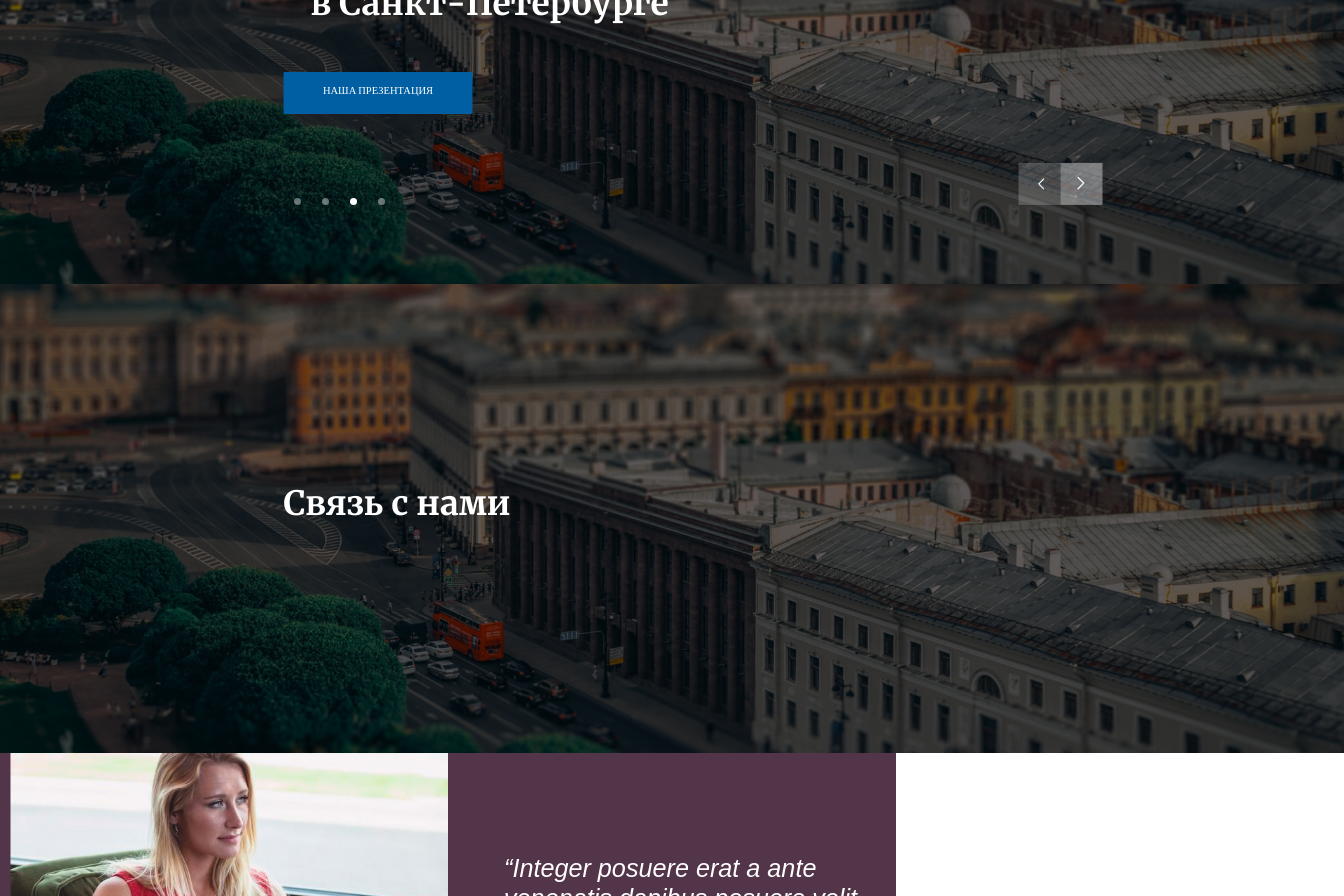
Repository: ZetsubouBilly/test
Page: index.html
The author's editor kept a copy of each file at every save. The page is drawn from the files as they stood at one save, then again after a run of saves.
The browser window is 1280 px wide. The page is 1920 px wide, so the pictures cover 1920 px, including what lies to the right of the window. The pictures show the part of the page from y = 374 to 1654 px (the page is 2267 px tall), at 70% of full size.

Above is the page before, as saved 2023-05-13 15:35:12.

### index.html
<!DOCTYPE html>
<html lang="ru">
<head>
    <meta charset="UTF-8">
    <meta name="viewport" content="width=device-width, initial-scale=1.0, minimum-scale=1.0, maximum-scale=1.0">  <link rel="preconnect" href="https://fonts.gstatic.com">
    <link rel="preconnect" href="https://fonts.googleapis.com">
    <link rel="preconnect" href="https://fonts.gstatic.com" crossorigin>
    <link href="https://fonts.googleapis.com/css2?family=Lato:wght@300;400;700&family=Merriweather:wght@700;900&display=swap" rel="stylesheet">
    <link rel="stylesheet" type="text/css" href="https://cdn.jsdelivr.net/npm/slick-carousel@1.8.1/slick/slick.css"/>
    <link rel="stylesheet" href="css/style.css">

   <meta name="description" content="Описание страницы">
   <meta name="google" content="notranslate" />
   <meta name="keywords" content="создаие сайтов, верстка сайтов" />

    <title>BuhOne</title>

    <script src="https://cdnjs.cloudflare.com/ajax/libs/jquery/3.5.1/jquery.min.js"></script>

</head>
<body>



<!-- Header -->

 <header class="header" id="header">

            <div class="header__inner">
                <div class="header__inner_l">
                    <div class="header__logo">
                        <img src="img/logo.png" alt="">
                        <p class="header__logo_name">BuhOne</p>
                    </div>
                </div>
                <div class="header__inner_r">
                    <div class="top-line">
                        <div class="top-line_info">
                            <img class="top-line_info_img" src="img/placeholder.png" alt="">
                            <p class="top-line_info_text">8 (111) 222-33-44</p>

                        </div>
                        <div class="top-line_info">
                            <img class="top-line_info_img" src="img/time.png" alt="">
                            <p class="top-line_info_text">Пн-Пт 10:00-18:00</p>

                        </div>
                        <div class="top-line_info">
                            <img class="top-line_info_img" src="img/Frame.png" alt="">
                            <p class="top-line_info_text">order@buhone.ru</p>

                        </div>
                        <div class="top-line_info">
                            <img class="top-line_info_img" src="img/placeholder.png" alt="">
                            <p class="top-line_info_text">Невский пр. 130</p>

                        </div>

                    </div>
                    <nav class="nav" id="nav">
                        <a class="nav__link" href="#" data-scroll="#features">Главная</a>
                        <a class="nav__link" href="#" data-scroll="#works">Услуги</a>
                        <a class="nav__link" href="#" data-scroll="#team">Кейсы</a>
                        <a class="nav__link" href="#" data-scroll="#reviews">О компании</a>
                        <a class="nav__link" href="#" data-scroll="#download">Контакты</a>
                    </nav>
                </div>




                <button class="burger" type="button" id="navToggle">
                    <span class="burger__item">Menu</span>
                </button>

            </div>

 </header>


 <!-- Intro -->

<div class="intro" id="intro">
    <div class="container">
        <div class="intro__inner">
             <h1 class="intro__title">Бухгалтерские услуги в Санкт-Петербурге</h1>

                 <a class="btn  btn--blue" href="">Наша презентация</a>
                 <div class="slider__controls">
                    <div class="slider__controls_dot"></div>
                    <div class="slider__controls_dot"></div>
                    <div class="slider__controls_dot active"></div>
                    <div class="slider__controls_dot"></div>
                 </div>

                 <div class="slider_btn">
                    <div class="slider__button slider__button-prev"></div>

                     <svg width="9" height="60" stroke='white' viewBox="0 0 9 15" fill="white" xmlns="http://www.w3.org/2000/svg">
                        <path d="M1.56397 7.49961L8.33822 0.725363C8.50482 0.558757 8.50482 0.29156 8.33822 0.124954C8.17161 -0.0416514 7.90442 -0.0416514 7.73781 0.124954L0.661789 7.20097C0.495183 7.36758 0.495183 7.63478 0.661789 7.80138L7.73781 14.8743C7.81954 14.956 7.92956 15 8.03644 15C8.14332 15 8.25334 14.9591 8.33508 14.8743C8.50168 14.7077 8.50168 14.4405 8.33508 14.2739L1.56397 7.49961Z" fill="white"/>
                        </svg>
                     <div class="slider__button slider__button-next active">

                     </div>
                     <svg width="67" height="60" stroke="white" viewBox="-33 -18 26 53" fill="none" xmlns="http://www.w3.org/2000/svg">
                        <path d="M7.43599 7.50039L0.661751 14.2746C0.495145 14.4412 0.495145 14.7084 0.661751 14.875C0.828356 15.0417 1.09555 15.0417 1.26216 14.875L8.33818 7.79903C8.50479 7.63242 8.50479 7.36522 8.33818 7.19862L1.26216 0.125741C1.18043 0.0440098 1.0704 6.46293e-07 0.963525 6.55637e-07C0.856646 6.6498e-07 0.746623 0.0408666 0.664892 0.125741C0.498287 0.292346 0.498287 0.559543 0.664892 0.726148L7.43599 7.50039Z" fill="white"></path>
                        </svg>
                 </div>

        </div>
    </div>
</div>

<div class="contact" id="">
    <div class="container">
        <h1 class="contact__title">Связь с нами</h1>
    </div>
</div>








<!-- Testimonials -->

<div class="reviews" id="reviews">
    <div class="container">

        <div class="reviews__slider" id="reviewsSlider">
            <div class="slick-item">
             <div class="reviews__item">
                 <div class="reviews__photo">
                     <img class="reviews__img" src="img/reviews/review-1.jpg" alt="">
                 </div>
                 <div class="reviews__content">
                        <div class="reviews__text">“Integer posuere erat a ante venenatis dapibus posuere velit aliquet. Donec sed odio dui. Aenean eu leo quam...”</div>
                       <div class="reviews__author">Susan Sims, Interaction Designer at XYZ</div>
                 </div>
                </div>
            </div>

                <div class="slick-item">
                <div class="reviews__item">
                    <div class="reviews__photo">
                        <img class="reviews__img" src="img/reviews/review-1.jpg" alt="">
                    </div>
                    <div class="reviews__content">
                           <div class="reviews__text">"Lorem ipsum dolor sit amet consectetur, adipisicing elit. Maiores, tempore velit, debitis quasi doloribus vero natus sint ratione temporibus fugiat voluptatum nesciunt modi. Adipisci aliquid voluptatem magni laborum, facilis nisi".</div>
                          <div class="reviews__author">Susan Sims, Interaction Designer at XYZ</div>
                    </div>
                   </div>
                </div>
            </div>
        </div>

    </div>
</div> <!-- /reviews -->





<!-- Footer -->


<footer class="footer">
    <div class="container">

        <div class="footer__inner">
            <div class="footer__block">
                <h4 class="footer__title">Location</h4>
                <address class="footer__adress"><div>3481 Melrose Place</div>
                    <div>Beverly Hills, CA 90210</div>
                </address>
            </div>

            <div class="footer__block">
                <h4 class="footer__title">Share with Love</h4>
                <div class="social  social--footer">
                    <a class="social__item" href="" target="_blank">
                        <svg class="social__icon">
                            <use xlink:href="#facebook"></use>
                        </svg>
                    </a>

                    <a class="social__item" href="" target="_blank">
                        <svg class="social__icon">
                            <use xlink:href="#twitter"></use>
                        </svg>
                    </a>

                    <a class="social__item" href="" target="_blank">
                        <svg class="social__icon">
                            <use xlink:href="#linkedin"></use>
                        </svg>
                    </a>


                </div>
            </div> <!-- /footer__block__social -->

            <div class="footer__block">
                <h4 class="footer__title">About ActiveBox</h4>
                <div class="footer__text"><p>Cras justo odio, dapibus ac facilisis in, egestas eget quam. Donec ullamcorper nulla non metus auctor fringilla.</p></div>
            </div>

        </div> <!-- /footer__inner -->

    </div> <!-- /container -->

    <div class="copyright">
        <div class="container">
          <div class="copyright__text"><div>Copyright © 2015 ActiveBox. All Rights Reserved</div>
           <div>Made  <span>by Kamal Chaneman</span></div>
        </div>
    </div>
</div>
</footer>


<!-- Javascript -->
<script  src="https://cdn.jsdelivr.net/npm/slick-carousel@1.8.1/slick/slick.min.js"></script>
<script src="js/app.js"></script>


</body>
</html>

### css/style.css
body {
  margin: 0;

  font-family: "Merriweather", sans-serif;
  font-size: 14px;
  color: #6c7279;
  -webkit-font-smoothing: antialiased;

  background-color: #fff;
}

*,
*:before,
*:after {
  box-sizing: border-box; /* алгоритм подсчета размеров с учетом padding и границ. */
}

h1,
h2,
h3,
h4,
h5,
h6 {
  margin: 0;
}

p {
  margin: 0 0 10px;
}

/* Container
==================== */

.container {
  width: 100%;
  max-width: 1920px;
  margin: 0 auto;
  padding: 0 15px;
}

/* Header
==================== */

.header {
  /* position: absolute; */
  width: 100%;
  height: 73px;
  height: 110px;
  /* left: 50%; */
  /* top: 6.52px; */
  /* margin-left: -560px; */
  background-color: #fff;
}

.header.fixed {
  height: auto;

  position: fixed; /* фиксируем шапку при скроле*/

  background-color: #fff;
}

.header.fixed .header__inner {
  padding-top: 15px;
  padding-bottom: 15px;

  border-bottom: 0;
}

.header__inner {
  display: flex;
  justify-content: space-around;
  align-items: center;
  max-width: 1116px;
  /* padding: 35px 0; */

  /* border-bottom: 1px solid #4d5066; */
  margin: 0 auto;
}
.header__inner_l {
  margin-right: 185px;
}
.header__inner_r {
  display: flex;
  flex-direction: column;
  width: 671px;
}

.header__logo {
  display: flex;
  align-items: flex-start;
  justify-content: space-between;
  max-width: 260px;
  padding-top: 33px;
}
.header__logo_name {
  font-size: 36px;
  margin-left: 30px;
  color: #005fa3;
}

/* Top-line
==================== */

.top-line {
  display: flex;
  padding: 23px 0px 0px 40px;
  justify-content: center;
  margin-bottom: 22px;
  width: 671px;
}
.top-line_info {
  display: flex;
  margin-right: 40px;
}
.top-line_info_img {
  margin-right: 15px;
  max-width: 23px;
  height: 17px;
}
.top-line_info_text {
  font-family: "Lato";
  font-style: normal;
  font-weight: 400;
  font-size: 13px;
  line-height: 17px;
  width: 110px;

  color: #000000;
}

/* Nav
==================== */

.nav {
  display: flex;
  font-size: 13px;
  font-weight: 700;
  text-transform: uppercase;
  width: 671px;
  justify-content: space-between;
  margin-bottom: 31px;
}

.nav__link {
  font-family: "Lato", sans-serif;
  font-style: normal;
  font-weight: 700;
  font-size: 14px;
  line-height: 17px;

  letter-spacing: 0.1em;
  text-transform: uppercase;

  color: #222222;
  text-decoration: none;
}
.nav__link:first-child {
  margin-left: 0;
}

.nav__link:hover {
  opacity: 1;
}

/* Intro
==================== */

.intro {
  /* position: absolute; */
  width: 1920px;
  height: 670px;
  /* left: 0px;
    top: 110px; */

  /* background-size: cover; */
  background: linear-gradient(0deg, rgba(0, 0, 0, 0.6), rgba(0, 0, 0, 0.6)),
    url("../img/Rectangle.png") no-repeat;
}

.intro__inner {
  width: 100%;
  max-width: 1920px;
  margin: 0 auto;
  text-align: center;
}

.intro__title {
  position: absolute;
  width: 589px;
  height: 117px;
  left: 405px;
  top: 280px;

  /* h1 */

  font-family: "Merriweather";
  font-style: normal;
  font-weight: 700;
  font-size: 48px;
  line-height: 66px;

  color: #ffffff;
}

.intro__subtitle {
  margin-bottom: 60px;
  font-size: 22px;
  color: #fff;
  line-height: 1.5;
  font-weight: 400;
}

/* Button
==================== */

.btn {
  display: inline-block;
  vertical-align: top;
  padding: 14px 40px;

  border-radius: 2px;
  border: 0;
  cursor: pointer;

  font-family: "Lato";
  font-style: normal;
  font-weight: 400;
  font-size: 15px;
  line-height: 25px;
  text-align: center;

  color: #fff;

  text-transform: uppercase;
  text-decoration: none;

  transition: background 0.1s linear;
}

.btn--blue {
  position: absolute;
  width: 270px;
  height: 60px;
  left: 405px;
  top: 477px;

  background: #005fa3;
}


/* Slider Controls
==================== */
.slider__controls {
  position: absolute;
  width: 160px;
  height: 10px;
  left: 405px;
  top: 657px;
  display: flex;
  justify-content: space-around;
}

.slider__controls_dot {
  /* position: absolute; */
  width: 10px;
  height: 10px;
  /* left: 555px; */
  /* top: 657px; */
  border-radius: 50%;

  background: #ffffff;
  opacity: 0.4;
}
.slider__controls_dot.active {
  opacity: 1;
}

.slider_btn {
  position: absolute;

  left: 1455px;
  top: 607px;
  display: flex;
}
.slider__button {
    position: relative;
  width: 60px;
  height: 60px;
  background-color: #fff;
  opacity: 0.2;
}
 svg {
    position: absolute;
    left: 23.58%;
    right: 23.58%;
    top: 0%;
    bottom: 0%;
    opacity: 1;
  }
.slider__button-prev {
    position: relative;
  /* background: #ffffff; */
  /* opacity: 0.2; */

}


.slider__button-next.active {
    position: relative;
  background: #ffffff;
  opacity: 0.4;
}
/* .slider__button-next img{
    position: absolute;
    left: 76.42%;
    right: -29.26%;
    top: 100%;
    bottom: -100%;

    transform: rotate(180deg);
} */

/* Cpntact
==================== */
.contact {
    position: relative;
    width: 1920px;
    height: 670px;
    /* left: 0px;
      top: 110px; */

    /* background-size: cover; */
    background: linear-gradient(0deg, rgba(0, 0, 0, 0.6), rgba(0, 0, 0, 0.6)),
      url("../img/Rectangle.png") no-repeat;
  }
.contact__title {
    position: absolute;
    width: 589px;
    height: 117px;
    left: 405px;
    top: 280px;

    /* h1 */

    font-family: "Merriweather";
    font-style: normal;
    font-weight: 700;
    font-size: 48px;
    line-height: 66px;

    color: #ffffff;
}

.features {
  display: flex;
  flex-wrap: wrap;
  margin: 95px 0;
}

.features__item {
  width: 33.33333%;
  padding: 0 40px;
  text-align: center;
  margin: 25px 0;
}

.features__icon {
  margin-bottom: 25px;
}

.features__title {
  margin-bottom: 20px;
  font-size: 14px;

  color: #2d3033;
  font-weight: 700;
  text-transform: uppercase;
}

.features__text {
  font-size: 14px;
  line-height: 1.5;
  color: #6c7279;
}

/* Works
===================*/

.works {
  display: flex;
  flex-wrap: wrap;
}

.works__item {
  width: 25%;
  height: 350px;
  border-bottom: 1px solid #fff;
  border-right: 1px solid #fff;

  position: relative;
  overflow: hidden;
}
.works__item:hover .works__content {
  opacity: 1;
}

.works__photo {
  min-width: 100%;
  position: absolute;
  top: 50%;
  left: 50%;
  z-index: 1;

  transform: translate3d(-50%, -50%, 0);
}

.works__content {
  display: flex;
  flex-direction: column;
  justify-content: center;
  width: 100%;
  height: 100%;
  opacity: 0;

  text-align: center;

  background-color: rgba(232, 69, 69, 0.9);

  position: absolute;
  top: 0;
  left: 0;
  z-index: 2;
  transition: opacity 0.2s linear;
}

.works__title {
  margin-bottom: 5px;

  font-size: 14px;
  font-weight: 700;
  color: #fff;
  text-transform: uppercase;
}

.works__text {
  font-size: 14px;
  color: #fff;
}

/* Team
==================*/

.team {
  margin: 100px 0;
}

.team__inner {
  display: flex;
  flex-wrap: wrap;
  margin: 0 -15px;
}

.team__item {
  width: 25%;
  padding: 0 15px;
  margin-bottom: 30px;
}

.team__photo {
  display: block;
  min-width: 100%;
  height: auto;
  margin-bottom: 20px;
}

.team__name {
  margin-bottom: 8px;

  font-size: 25px;
  color: #2d3033;
}

.team__prof {
  margin-bottom: 15px;

  font-size: 13px;
  color: #e84545;
  text-transform: uppercase;
}

.team__text {
  margin-bottom: 20px;

  font-size: 14px;
  line-height: 1.5;
  color: #6c7279;
}

/* Social
==================*/

.social {
  display: flex;
}

.social--footer {
  justify-content: center;
}

.social__item {
  display: flex;
  justify-content: center;
  align-items: center;
  width: 40px;
  height: 40px;
  margin-right: 4px;

  background-color: #fff;
  border: 1px solid #e8ecee;

  transition: background 0.1s linear;
}
.social__item:hover {
  background-color: #e8ecee;
}

.social__item:hover .social__icon {
  fill: #000;
}

.social--footer .social__item {
  background-color: transparent;
  border-width: 2px;
  border-color: #fff;
  border-radius: 2px;
}

.social--footer .social__item:hover {
  background-color: #fff;
}

.social__icon {
  display: block;
  height: 18px;
  fill: #c6cacc;

  transition: fill 0.1s linear;
}

.social--footer .social__icon {
  fill: #fff;
}

/* reviews
==================*/

.reviews {
  overflow: hidden;
  background-color: #53354a;
}

.reviews__slider {
  height: 500px;
  overflow: hidden;
}

.reviews__slider.slick-initialized {
  height: auto;
}

.reviews__item {
  display: flex;
  flex-wrap: wrap;
  overflow: hidden;
}

.reviews__photo {
  width: 50%;
  height: 500px;
  position: relative;
}

.reviews__img {
  position: absolute;
  top: 50%;
  right: 0;
  z-index: 1;

  transform: translateY(-50%);
}

.reviews__content {
  display: flex;
  flex-direction: column;
  justify-content: center;
  width: 50%;
  padding-left: 80px;
}

.reviews__text {
  margin-bottom: 25px;

  font-family: "Cardo", sans-serif;
  font-style: italic;
  font-size: 36px;
  line-height: 1.2;
  color: #fff;
}

.reviews__author {
  font-size: 13px;
  font-weight: 700;
  text-transform: uppercase;
  color: #fff;
}

.slick-dots {
  display: flex;
  justify-content: center;
  margin: 0;
  padding: 0 0 10px;
  list-style: none;
  width: 50%;

  position: absolute;
  bottom: 0;
  right: 0;
  z-index: 2;
}
.slick-dots li {
  margin: 0 5px;
}

.slick-dots button {
  width: 15px;
  height: 15px;
  padding: 0;

  background: #fff;
  border-radius: 50%;
  border: 0;
  opacity: 0.5;
  cursor: pointer;

  font-size: 0;
  color: transparent;
}

.slick-dots button:focus {
  outline: 0;
}

.slick-dots .slick-active button {
  opacity: 1;
}

/* Download
==================*/

.download {
  margin: 90px 0;

  text-align: center;
}

.download__title {
  margin-bottom: 10px;

  font-size: 28px;
  color: #2d3033;
  font-weight: 300;
}

.download__text {
  margin-bottom: 30px;

  font-size: 13px;
  color: #2d3033;
  font-weight: 700;

  text-transform: uppercase;
}

/* Features
==================== */

.footer {
  background-color: #3a3e64;
}

.footer__inner {
  padding: 70px 0;

  display: flex;
  flex-wrap: wrap;
}

.footer__block {
  width: 33.33333%;
  padding: 0 15px;

  text-align: center;
}

.footer__title {
  margin-bottom: 10px;

  font-size: 14px;
  font-weight: 700;
  color: #fff;
  text-transform: uppercase;
}

.footer__adress {
  font-size: 14px;
  line-height: 1.5;
  font-style: normal;
  color: rgba(255, 255, 255, 0.5);
}

.footer__text {
  font-size: 14px;
  line-height: 1.5;
  color: rgba(255, 255, 255, 0.5);
}

/* copyright
==================== */
.copyright {
  padding: 20px 0;
  background-color: #313454;
}

.copyright__text {
  text-align: center;
  font-size: 14px;
  color: #808080;
}

.copyright__text span {
  color: #fff;
}

/* Burger
==================== */
.burger {
  display: none;
  padding: 9px 2px;

  background: none;
  border: 0;
  cursor: pointer;
}

.burger__item {
  display: block;
  width: 30px;
  height: 3px;

  background-color: #fff;

  font-size: 0;
  color: transparent;

  position: relative;
}

.burger__item:before,
.burger__item:after {
  content: "";
  width: 100%;
  height: 100%;

  background-color: #fff;

  position: absolute;
  left: 0;
  z-index: 1;
}

.burger__item:before {
  top: -8px;
}

.burger__item:after {
  bottom: -8px;
}

/* Media
==================== */
@media (max-width: 1300px) {
  /* Works */
  .works__item {
    width: 50%;
  }
}

@media (max-width: 991px) {
  /* Nav  скрываем кнопки навигации при смене размера девайса*/
  .nav {
    display: none;
    flex-direction: column;
    background-color: #31344e;

    width: 100%;
    text-align: right;

    position: absolute;
    top: 100%;
    right: 0;
  }

  .nav.show {
    display: flex;
  }

  .nav__link {
    padding: 9px 15px;
  }

  /* Burger */
  .burger {
    display: block;
  }

  /* intro  меняем размер title под размер девайса*/
  .intro__title {
    font-size: 40px;
  }

  /* Features */
  .features__item {
    width: 50%;
  }

  /* Team */
  .team__item {
    width: 50%;

    text-align: center;
  }

  .team__photo {
    margin-left: auto;
    margin-right: auto;
  }

  /* Team */
  .social {
    justify-content: center;
  }

  /*Reviews */
  .reviews__photo {
    width: 100%;
    margin: 15px 0 40px;
    overflow: hidden;
  }

  .reviews__content {
    width: 100%;
    padding-left: 0;
    padding-bottom: 40px;
  }
}

@media (max-width: 767px) {
  .intro {
    height: auto;
    padding-top: 130px;
    padding-bottom: 30px;
  }

  .intro__title {
    font-size: 30px;
  }

  .intro__subtitle {
    margin-bottom: 30px;

    font-size: 16px;
  }

  /* Features */
  .features {
    margin: 40px 0;
  }

  .features__item {
    width: 100%;
    padding-left: 0;
    padding-right: 0;
  }

  /* Works */
  .works__item {
    width: 100%;
    height: 300px;
  }

  /* Team */
  .team {
    margin: 60px 0 30px;
  }
  .team__item {
    width: 100%;
  }

  /* Reviews */
  .reviews__text {
    font-size: 25px;
  }

  /* Btn */
  .btn--long {
    min-width: 260px;
  }

  /* Download */
  .download {
    margin: 50px 0;
  }

  .download__title {
    font-size: 24px;
  }

  /* Footer */
  .footer__inner {
    padding: 30px 0;
  }
  .footer__block {
    width: 100%;
    padding-left: 0;
    padding-right: 0;
    margin-bottom: 30px;
  }
  .footer__block:last-child {
    margin-bottom: 0;
  }
}

@media (max-width: 414px) {
  /*Reviews */
  .reviews__img {
    right: -100px;
  }
}

Loaded but not shown: js/app.js (82 lines, source omitted)

After the next 2 saves:
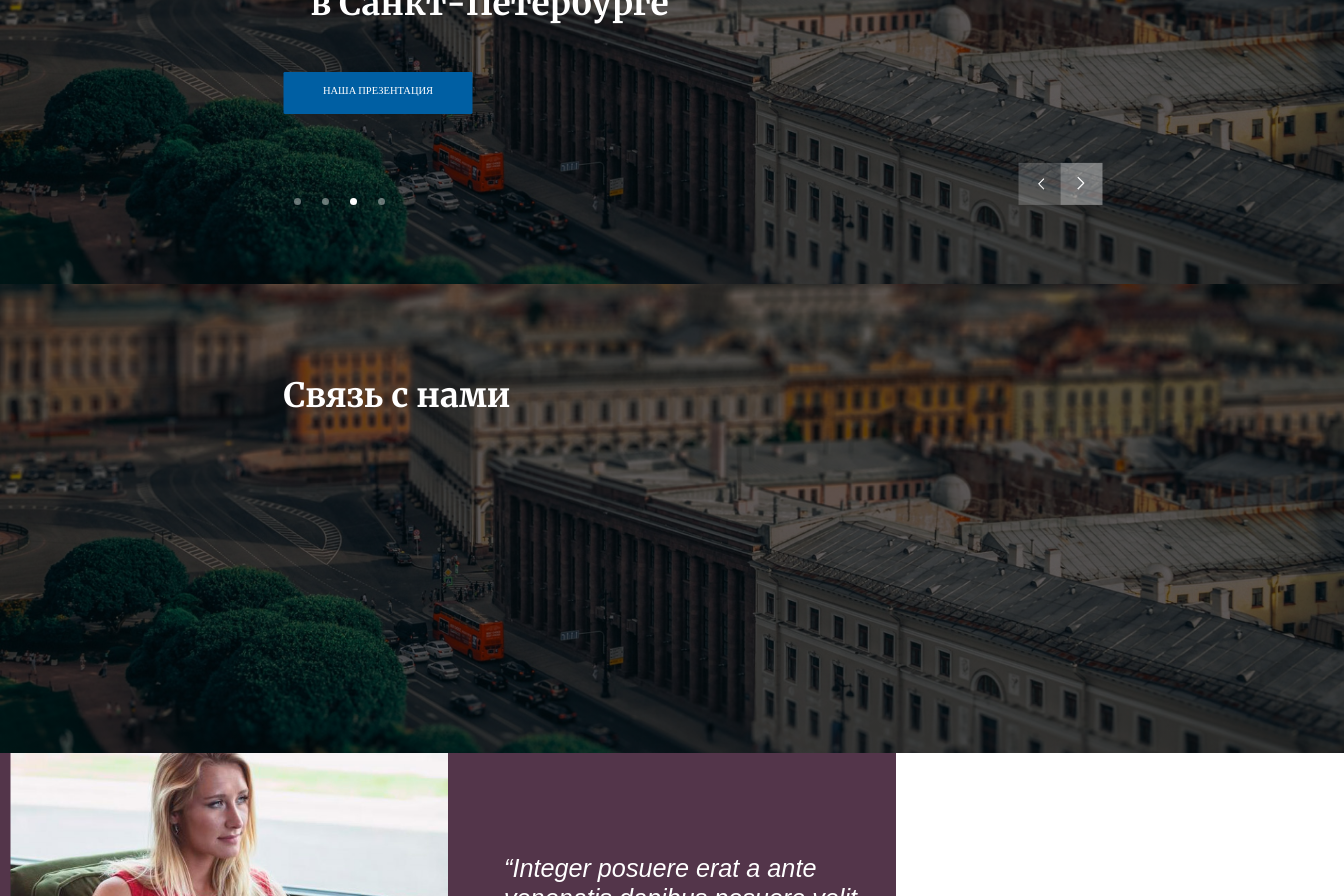
The 2 saves are shown as one change because they came seconds apart.
The last was saved 84 s later.
--- a/css/style.css
+++ b/css/style.css
@@ -339,7 +339,7 @@ p {
     width: 589px;
     height: 117px;
     left: 405px;
-    top: 280px;
+    top: 125px;
 
     /* h1 */
 
